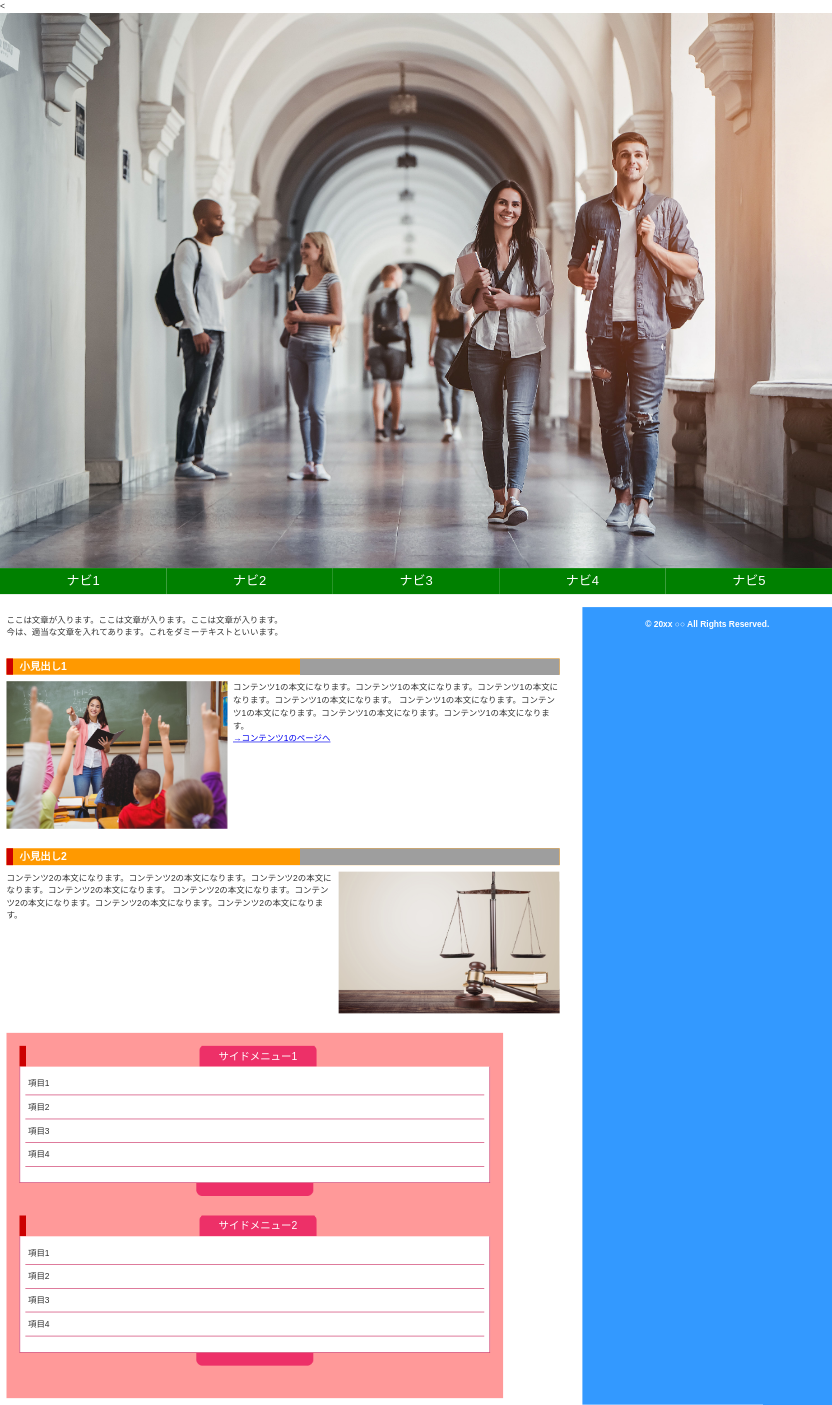
Repository: takahiro-djk/samurai_HTML-CSS
Page: git init/home.html
The author's editor kept a record of every edit. The page is drawn from the files as they stood at one moment, then again after the next edit.
The browser window is 1280 px wide. The pictures show the whole page, at 65% of full size.
Pictures or frames that could not be fetched are drawn as grey boxes.

Above is the page before.

After the next edit:
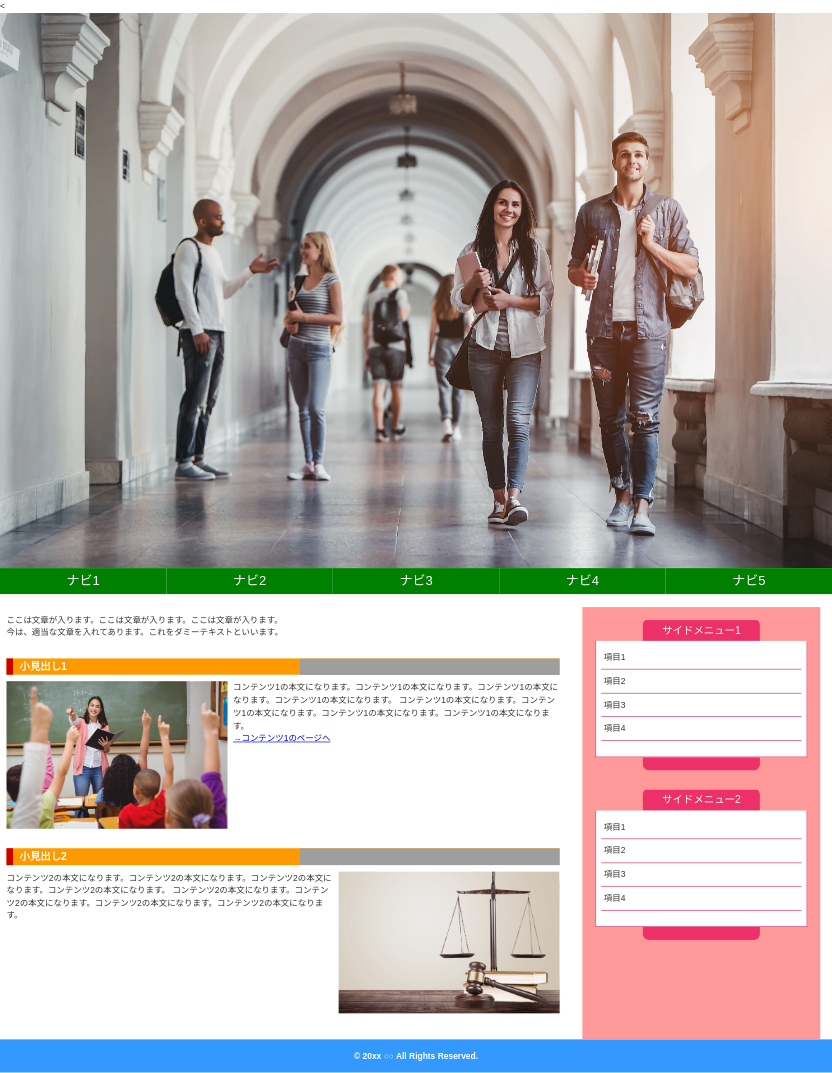
The edit:
--- a/git init/home.html
+++ b/git init/home.html
@@ -40,9 +40,10 @@
                             コンテンツ2の本文になります。コンテンツ2の本文になります。コンテンツ2の本文になります。コンテンツ2の本文になります。
                             コンテンツ2の本文になります。コンテンツ2の本文になります。コンテンツ2の本文になります。コンテンツ2の本文になります。
                         </p>
-                                </div>
-                        </diiv>
+                            </div>
+                    </diiv>
 
+            </div>
             <div id="side">
                 <div class="box">
                     <h2>サイドメニュー1</h2>
